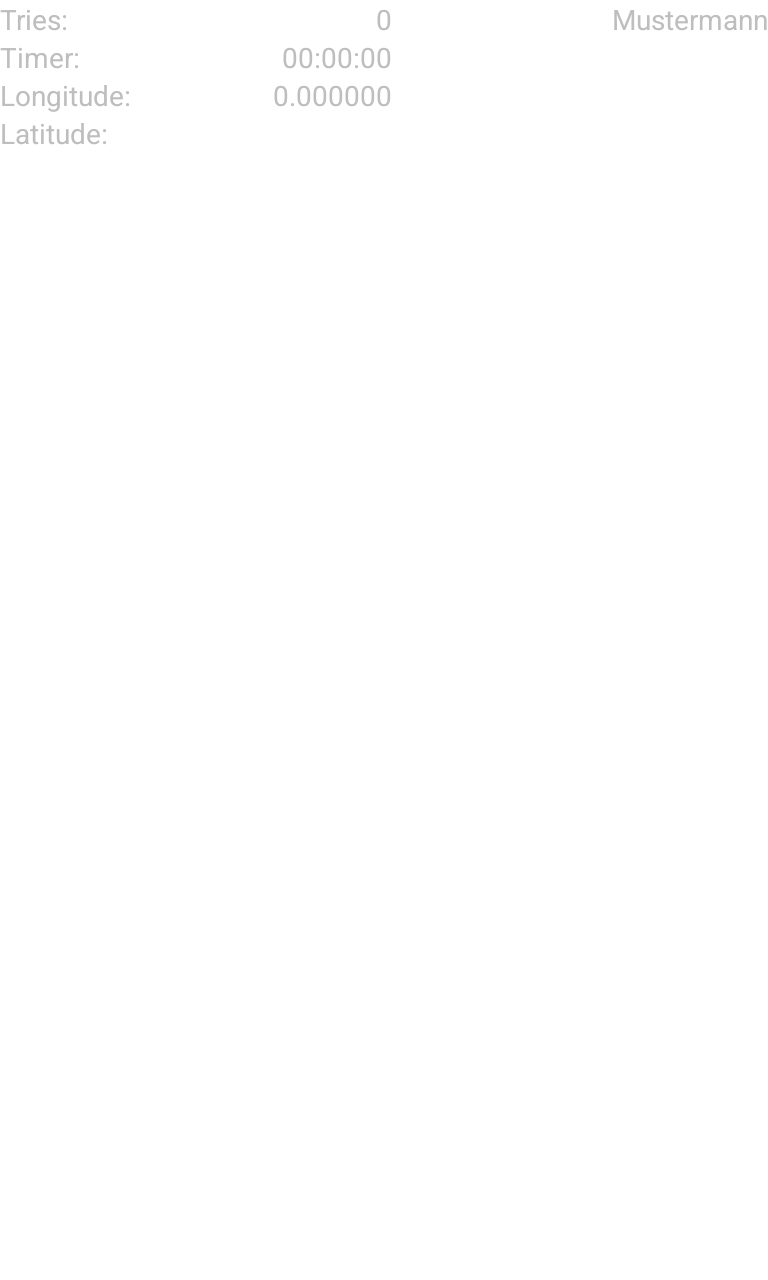
Repository: ymc-sise/sport-memory
Layout: memory/res/layout/game.xml
An editor plug-in stored every save of this project. The layout is shown before and after the next save, followed by the edit.
It is drawn on a 768 x 1280 px phone screen (xhdpi) without system bars, with theme android:Theme.Wallpaper; the app's code is not run.

Above is the layout before, as saved 2014-01-18 20:11:01.

After the next save:
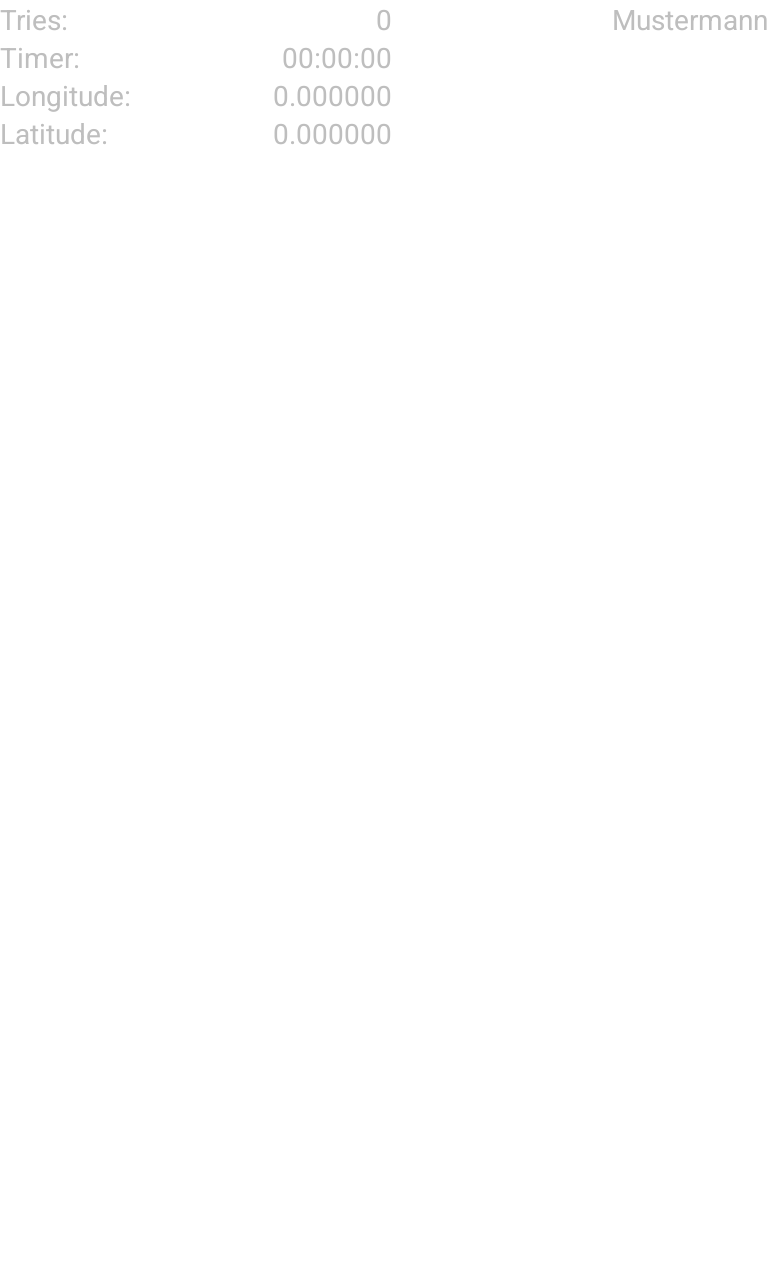
Saved 38 s later.
--- a/memory/res/layout/game.xml
+++ b/memory/res/layout/game.xml
@@ -72,6 +72,14 @@
         android:layout_below="@+id/longitudeLabel"
         android:text="@string/latitudeLabel" />
 
+            <TextView
+        android:id="@+id/latitudeValue"
+        android:layout_width="wrap_content"
+        android:layout_height="wrap_content"
+        android:layout_alignRight="@+id/longitudeValue"
+        android:layout_below="@+id/longitudeValue"
+        android:text="@string/latitudeValue" />
+
     <TableLayout
         android:id="@+id/tableLayout1"
         android:layout_width="wrap_content"
